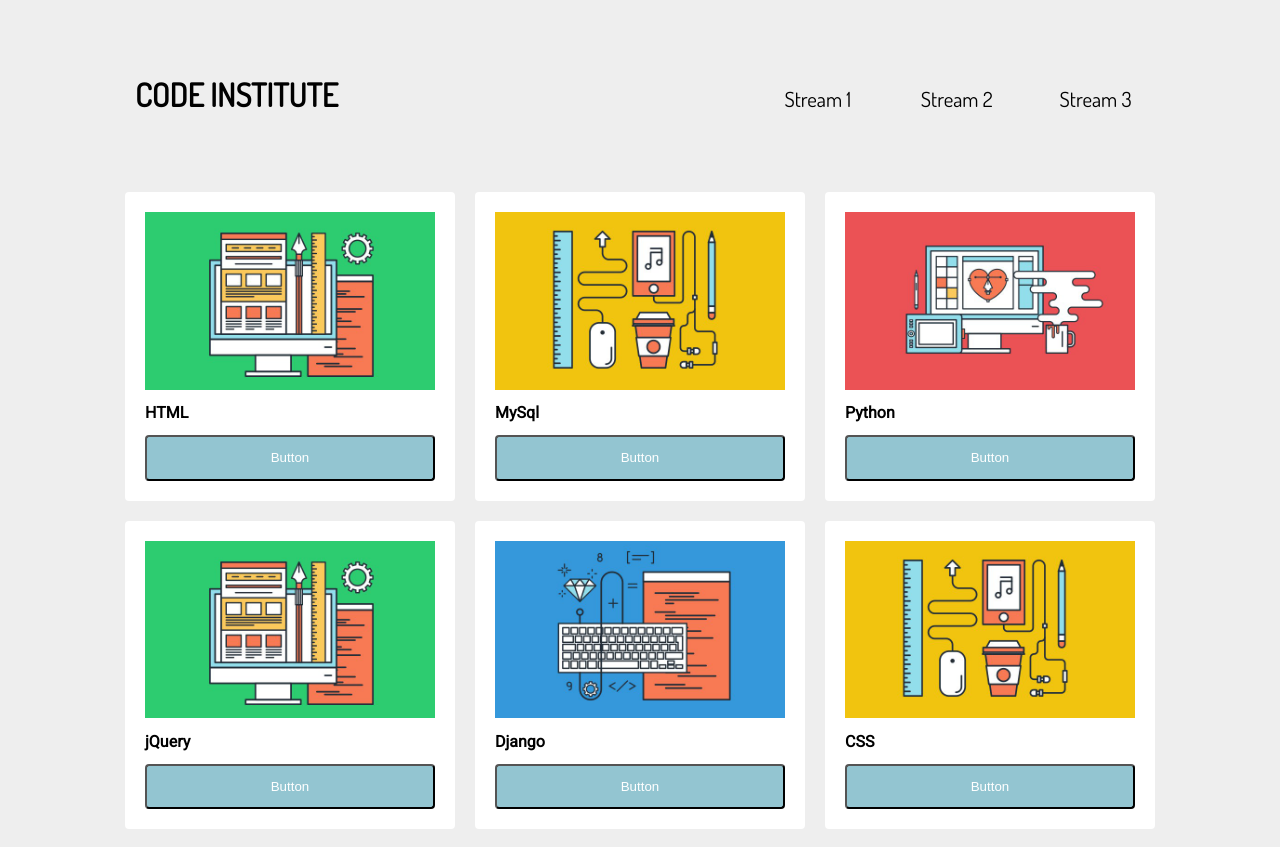
Repository: hidayatmansuri/jQueryEvents
Page: Cards-jquery.html
The author's editor kept a record of every edit. The page is drawn from the files as they stood at one moment, then again after the next edit.
The browser window is 1280 px wide. The pictures show the whole page.
Some web libraries are served in a nearby version.

Above is the page before.

### Cards-jquery.html
<!doctype html>
<html>
<head>
	<meta charset="utf-8" />
	<meta name="viewport" content="width=device-width, initial-scale=1">
	<title>jQuery</title>
	<link href="style.css" rel="stylesheet">
	<link href='https://fonts.googleapis.com/css?family=Roboto' rel='stylesheet' type='text/css'>
	<link href='https://fonts.googleapis.com/css?family=Dosis' rel='stylesheet' type='text/css'>
</head>
<body>
	<div id="container">
		<nav>
			<ul>
				<li id="logoNav">CODE INSTITUTE</li>
				<li id="stream1_btn">Stream 1</li>
				<li id="stream2_btn">Stream 2</li>
				<li id="stream3_btn">Stream 3</li>
			</ul>
		</nav>
		<div class="card stream1">
			<img class="card_image"src="img/3.png">
			<div class="card_bottom">
				<h2 id="hr_html"class="card_head" >HTML</h2>
				<p class="card_para">Once you join a Code Institute Bootcamp you will be taken on an accelerated contextualised learning path across 3 streams. Nothing is learned in isolation.We contextualise the content so that the knowledge and skills gained in each learning unit feeds into, and is expanded upon, within the next unit.The outputs of each stream will be a project.
				</p>
				<button id="btn" class="bottom_button">Button</button>
			</div>
		</div>
		<div class="card stream3">
			<img class="card_image "src="img/1.png">
			<h2  id="hr_mysql"class="card_head">MySql</h2>
			<p class="card_para">If you have questions about your career in coding or simply want to meet the Code Institute team, then come along to our next Careers Open Evening in Dublin</p>
			<button id="btn1" class="bottom_button">Button</button>
		</div>

		<div class="card stream2">
			<img class="card_image "src="img/2.png">
			<h2 id="hr_python" class="card_head">Python</h2>
			<p class="card_para">If you have questions about your career in coding or simply want to meet the Code Institute team, then come along to our next Careers Open Evening in Dublin</p>
			<button id="btn2" class="bottom_button">Button</button>
		</div>
		<div class="card stream1">
			<img class="card_image"src="img/3.png">
			<div class="card_bottom">
				<h2 id="hr_jquery" class="card_head">jQuery</h2>
				<p class="card_para">Once you join a Code Institute Bootcamp you will be taken on an accelerated contextualised learning path across 3 streams. Nothing is learned in isolation.We contextualise the content so that the knowledge and skills gained in each learning unit feeds into, and is expanded upon, within the next unit.The outputs of each stream will be a project. </p>
				<button id="btn3" class="bottom_button">Button</button>
			</div>
		</div>
		<div class="card stream3">
			<img class="card_image"src="img/4.png">
			<h2 id="hr_django" class="card_head">Django</h2>
			<p class="card_para">The syllabus has been developed to help you transform your career. The summarised syllabus, below, provides you with a snapshop of what skills you will come away with. Feel free to contact us for more detail on what you will learn.</p>
			<button id="btn4" class="bottom_button">Button</button>
		</div>
		<div class="card stream1">
			<img class="card_image"src="img/1.png">
			<h2 id="hr_css"class="card_head">CSS</h2>
			<p class="card_para">The syllabus has been developed to help you transform your career. The summarised syllabus, below, provides you with a snapshop of what skills you will come away with. Feel free to contact us for more detail on what you will learn.</p>
			<button id="btn5" class="bottom_button">Button</button>
		</div>
		<div id="my_footer">
			<p id="copyright">Copyright Infomation</p>
		</div>
	</div>
	<script
	src="https://code.jquery.com/jquery-3.2.1.js"
	integrity="sha256-DZAnKJ/6XZ9si04Hgrsxu/8s717jcIzLy3oi35EouyE="
	crossorigin="anonymous"></script>

	<script src="script.js"></script> <!-- Scripts located at the bottom of the body to insure page is fully loaded before execution -->

</body>
</html>

### style.css
body{
	font-family: 'Roboto', sans-serif;
 	background-color: #eee;
}

h1{
	font-size: 3em;
	text-align: center;
}
h2{
	font-size: 1em;
	text-align: left;
}
p{
	font-size: .9rem;
	display: none;
}
p.text{
	background-color: red;
}

div{
	border-radius: 4px;
}

.card_image{
	width: 100%;
}
.bottom_button{
	display: flex;/*creates flex item*/
	box-sizing:border-box;
	border-radius: 4px;
	display: block;
	width: 100%;
	background-color:rgba(129, 187, 201,.85);
	text-align: center;
	padding: 1em .75em;
	text-decoration: none;
	color: #fff;

}

.makeRed {
	background-color: red;
}

.makeBorder {
	border: solid 2px black;
}

.card_bottom{
	display: flex;
	flex-flow:column;/*sets flex direction*/
}
.card_head{
	flex:0;
}
.card_para{
	flex:1 0 auto;
}

#container
{
	display: flex;		/* makes container a flexbox*/
	flex-flow: row wrap; 	/* layout the boxes in rows and wrap them*/
	box-sizing:border-box;
	margin-right:auto;
	margin-left:auto;
	max-width:1050px;
}
#logo{
	width: 800px;
	margin: auto;
}

.card{
	flex:1; /* equal width to cards applied*/
	display: flex;	/* make the contents controllable by flexbox*/
	flex-flow:column;	/* */
	min-width: 240px; /**/
	margin: 10px;
	padding: 20px;
	background-color: #fff;
}
/*adds colour red to paragraphs when called by jquery function*/
.highlight_text{
	background-color: #EB5255;
}

.highlight {
	background-color: pink;
}


/*adds colour lightblue to h2 background when called by jquery function*/
.h2_color{
	background-color: lightblue;

}
/*increases font-size of  h2 when called by jquery function*/
.h2_font_size{
	font-size: 2em;
}


#my_footer{
	width:100%;
	text-align: center;
}
#copyright{
	margin-top:10px;
	margin-bottom:10px;

}

/*************************
Navigation

**************************/

nav{
	font-family: roboto;
	background-color: #eee;
	margin: 30px auto;
	width: 100%;
}
ul{
	display: flex;/*assigns as a flex container*/
	justify-content:space-between;
	flex-flow: row;/*direction of flex*/
	align-items:baseline;
	border-radius: 10px;
	list-style-type: none; /*Remove Bullets*/
	padding: 0;
}
li{
	flex:1;/*sets equal width to flex items*/
	height: 30px;
	font-family: Dosis;
	padding:20px 20px 20px 20px;
	text-align: center;
	font-size: 1.3em;
}

#logoNav{
	flex:6;
	text-align: left;
	font-size: 2em;
	font-weight: bold;
}

.underline{
  text-decoration:underline;
}
.border{
  border: solid 5px #ccc;
}

/*for desktop layout*/
@media screen and (max-width: 700px){
	ul{
		flex-flow: column;
		align-items:center;
	}
	li{
		font-size: 2em;
	}
}

Loaded but not shown: script.js (no copy from this time; the picture is the same without it)

After the next edit:
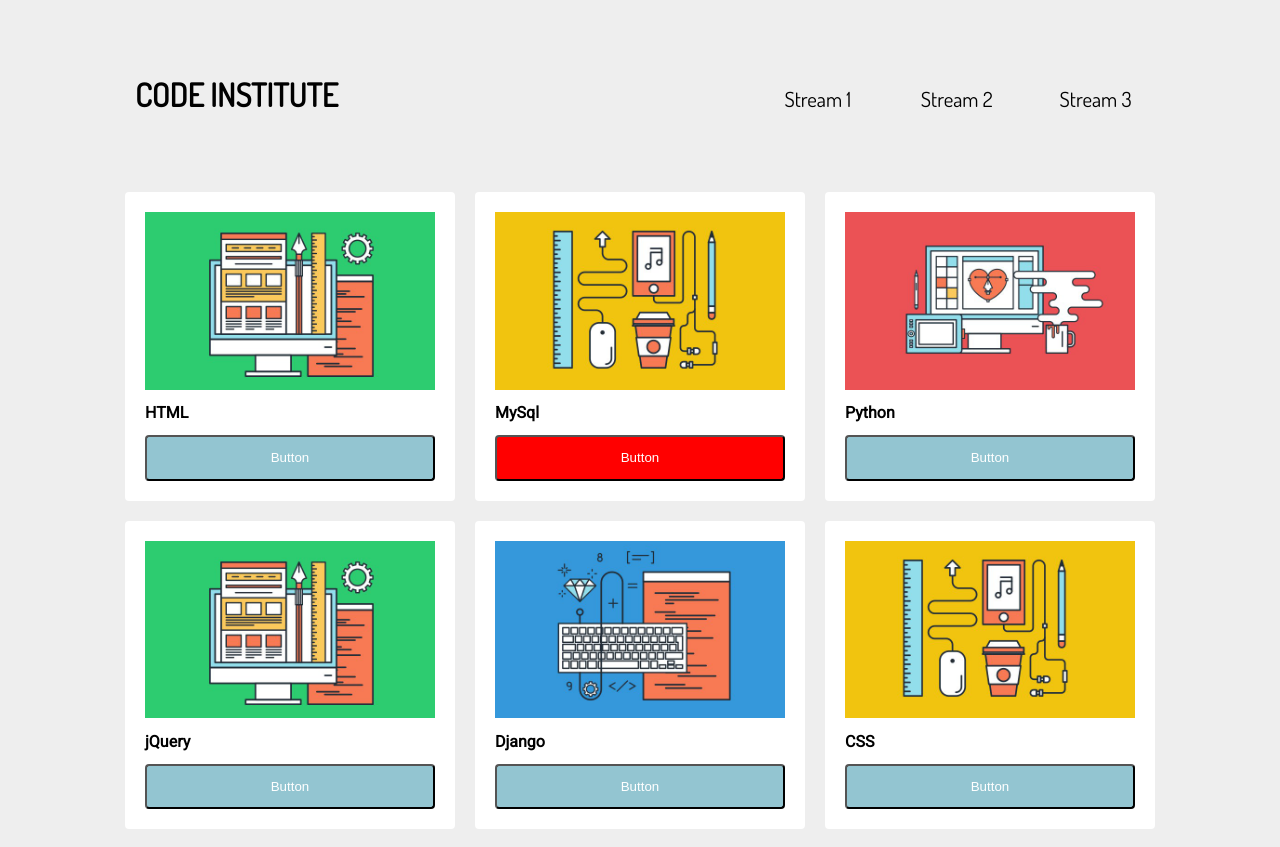
The edit:
--- a/Cards-jquery.html
+++ b/Cards-jquery.html
@@ -31,7 +31,7 @@
 			<img class="card_image "src="img/1.png">
 			<h2  id="hr_mysql"class="card_head">MySql</h2>
 			<p class="card_para">If you have questions about your career in coding or simply want to meet the Code Institute team, then come along to our next Careers Open Evening in Dublin</p>
-			<button id="btn1" class="bottom_button">Button</button>
+			<button id="btn1" class="bottom_button makeRed">Button</button>
 		</div>
 
 		<div class="card stream2">
